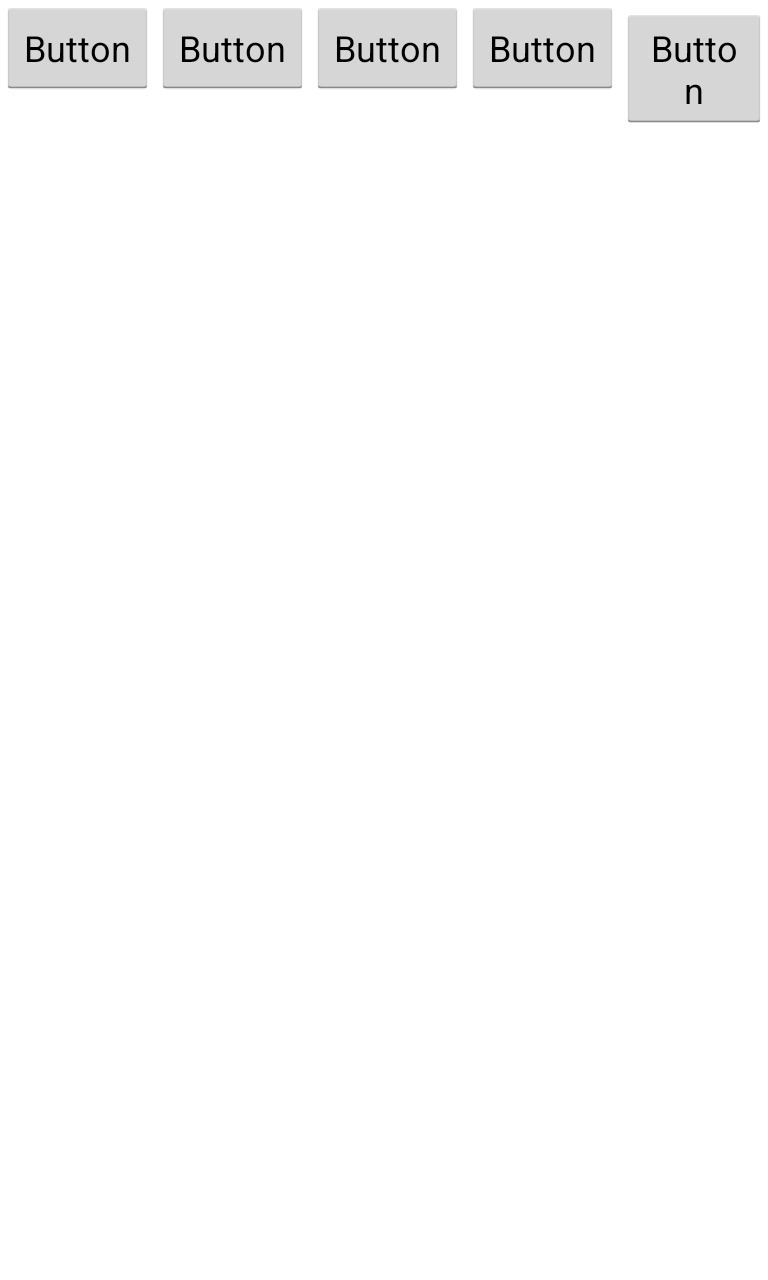
Repository: AungWinnHtut/MScAnd
Layout: com.example.com.engineer4myanmar.rtrs.MainActivity/res/layout/activity_history.xml
These files come from the project's save history. The layout is drawn as it stood at one moment and after the next save; the edit follows.
It is drawn on a 768 x 1280 px phone screen (xhdpi) without system bars, with theme AppTheme; the app's code is not run.

Above is the layout before, as saved 2015-06-21 07:23:44.

After the next save:
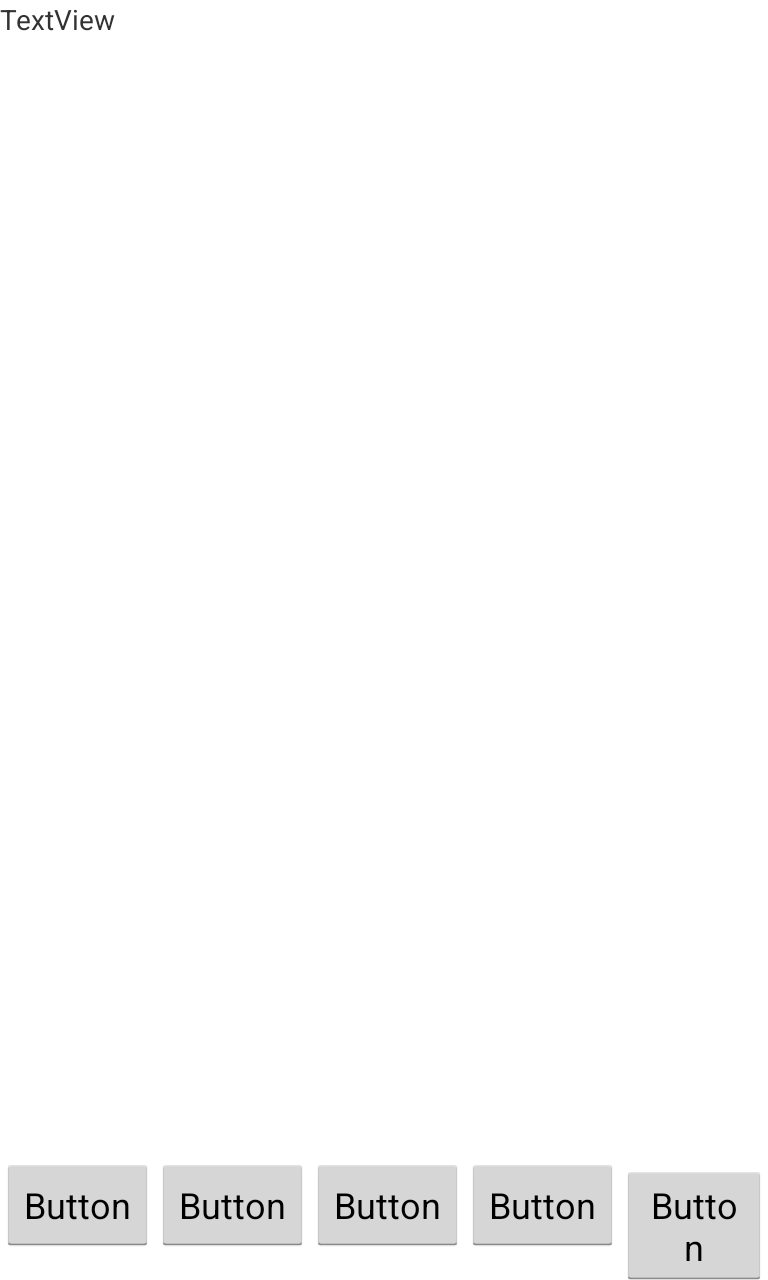
Saved 12 s later.
--- a/com.example.com.engineer4myanmar.rtrs.MainActivity/res/layout/activity_history.xml
+++ b/com.example.com.engineer4myanmar.rtrs.MainActivity/res/layout/activity_history.xml
@@ -8,7 +8,8 @@
     <ScrollView
         android:id="@+id/scrollView1"
         android:layout_width="match_parent"
-        android:layout_height="0dp" >
+        android:layout_height="0dp"
+        android:layout_weight="1">
 
         <LinearLayout
             android:layout_width="match_parent"
